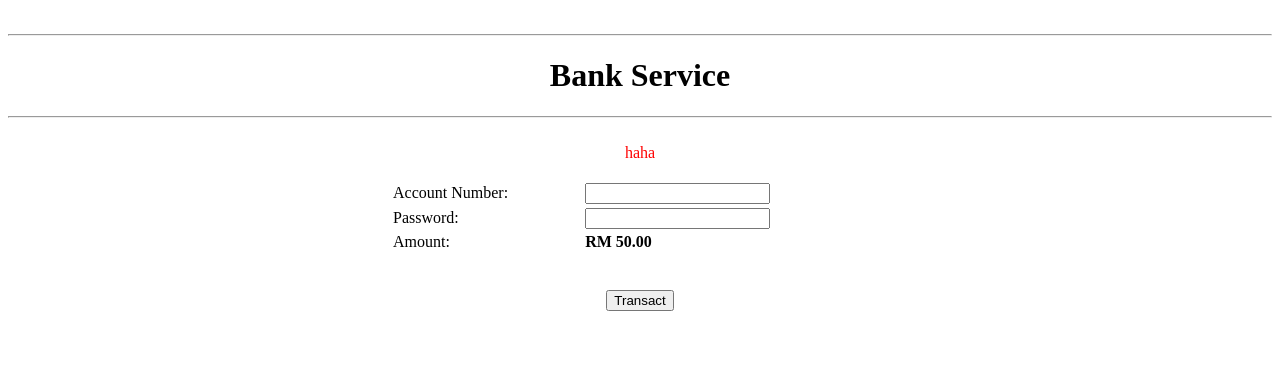
Repository: Jeck97/Mcdonald-Delivery-System
Page: http://localhost/McDelivery/bankService/transactionForm.jsp
An editor plug-in stored every save of this project. The page is shown before and after the next save, followed by the edit.
The browser window is 1280 px wide. The pictures show the whole page.
The page is served by Tomcat 9.

Above is the page before, as saved 2020-07-12 18:10:39.

After the next save:
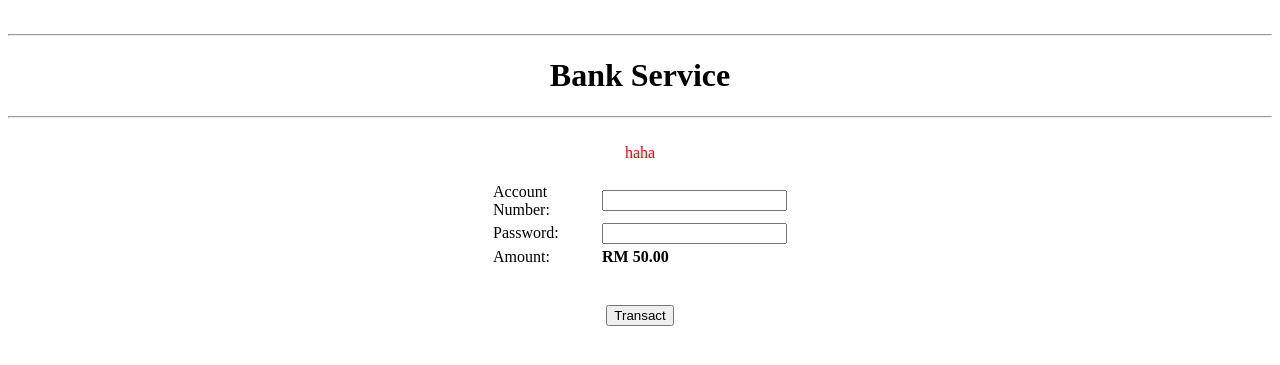
Saved 11 s later.
--- a/McDelivery/WebContent/bankService/transactionForm.jsp
+++ b/McDelivery/WebContent/bankService/transactionForm.jsp
@@ -24,7 +24,7 @@
 
 	<form action="transactionServlet" method="post">
 
-		<table style="align-content: space-between; margin: auto; width: 500px">
+		<table style="align-content: space-between; margin: auto; width: 300px">
 			<tr>
 				<td><label for="account_number">Account Number:</label></td>
 				<td><input id="account_number" name="account_number" type="number" required></td>
